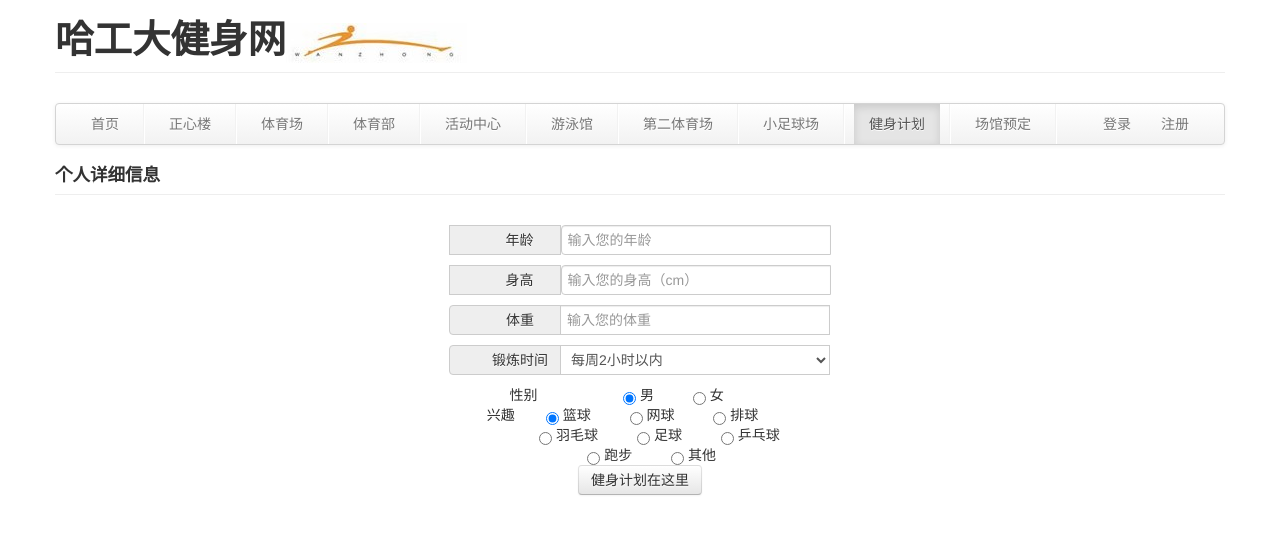
Repository: hitDeveloper/fitness
Page: http://localhost/project/myplan.jsp
These files come from the project's save history. The page is drawn as it stood at one moment and after the next save; the edit follows.
The browser window is 1280 px wide. The pictures show the whole page.
The page is served by Tomcat 9. Nobody is signed in. The application's start-up code is not run.

Above is the page before, as saved 2014-11-19 01:17:55.

After the next save:
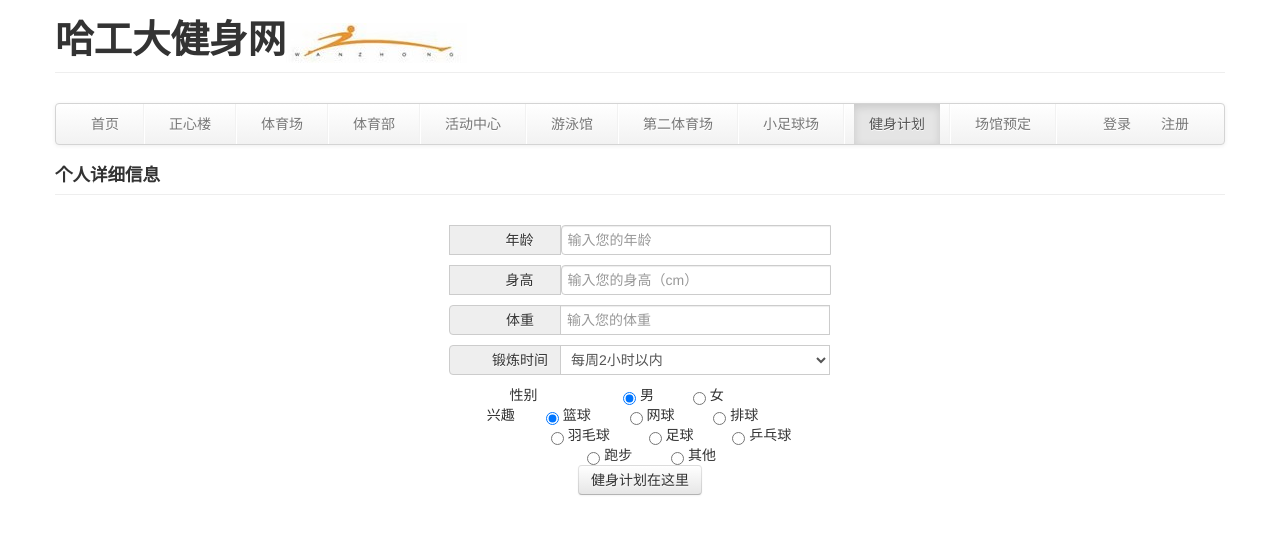
Saved 7 s later.
--- a/Project/project/WebRoot/myplan.jsp
+++ b/Project/project/WebRoot/myplan.jsp
@@ -77,7 +77,7 @@
      <input type="radio" name="hobby" value="篮球" checked> 篮球&nbsp;&nbsp;&nbsp;&nbsp;&nbsp;&nbsp;&nbsp;&nbsp;&nbsp;
      <input type="radio" name="hobby" value="网球">         网球&nbsp;&nbsp;&nbsp;&nbsp;&nbsp;&nbsp;&nbsp;&nbsp;&nbsp;
      <input type="radio" name="hobby" value="排球">         排球&nbsp;&nbsp;&nbsp;&nbsp;&nbsp;&nbsp;&nbsp;&nbsp;&nbsp;<br>
-     &nbsp;&nbsp;&nbsp;&nbsp;&nbsp;&nbsp;&nbsp;&nbsp;&nbsp;&nbsp;&nbsp;&nbsp;&nbsp;&nbsp;&nbsp;&nbsp;&nbsp;&nbsp;
+     &nbsp;&nbsp;&nbsp;&nbsp;&nbsp;&nbsp;&nbsp;&nbsp;&nbsp;&nbsp;&nbsp;&nbsp;&nbsp;&nbsp;&nbsp;&nbsp;&nbsp;&nbsp;&nbsp;&nbsp;&nbsp;&nbsp;&nbsp;&nbsp;
      <input type="radio" name="hobby" value="羽毛球">         羽毛球&nbsp;&nbsp;&nbsp;&nbsp;&nbsp;&nbsp;&nbsp;&nbsp;&nbsp;
      <input type="radio" name="hobby" value="足球">         足球&nbsp;&nbsp;&nbsp;&nbsp;&nbsp;&nbsp;&nbsp;&nbsp;&nbsp;
      <input type="radio" name="hobby" value="乒乓球">         乒乓球&nbsp;&nbsp;&nbsp;&nbsp;&nbsp;&nbsp;&nbsp;&nbsp;&nbsp;<br>
